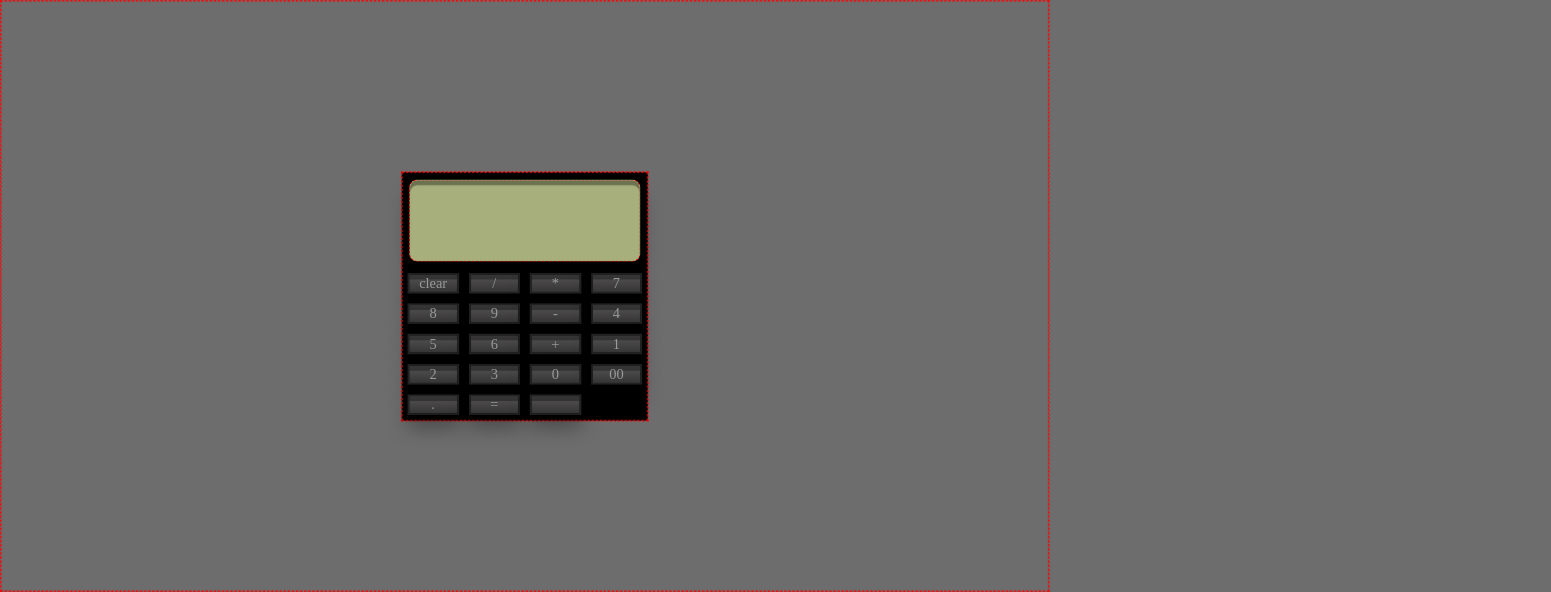
Repository: JunaidAnsari202/calculator
Page: index.html
An editor plug-in stored every save of this project. The page is shown before and after a run of saves, followed by the edit.
The browser window is 1280 px wide. The page is 1280 px wide, then 1891 px, so the pictures cover 1891 px, including what lies to the right of the window. The pictures show the whole page, at 82% of full size.

Above is the page before, as saved 2023-10-28 14:03:51.

After the next 3 saves:
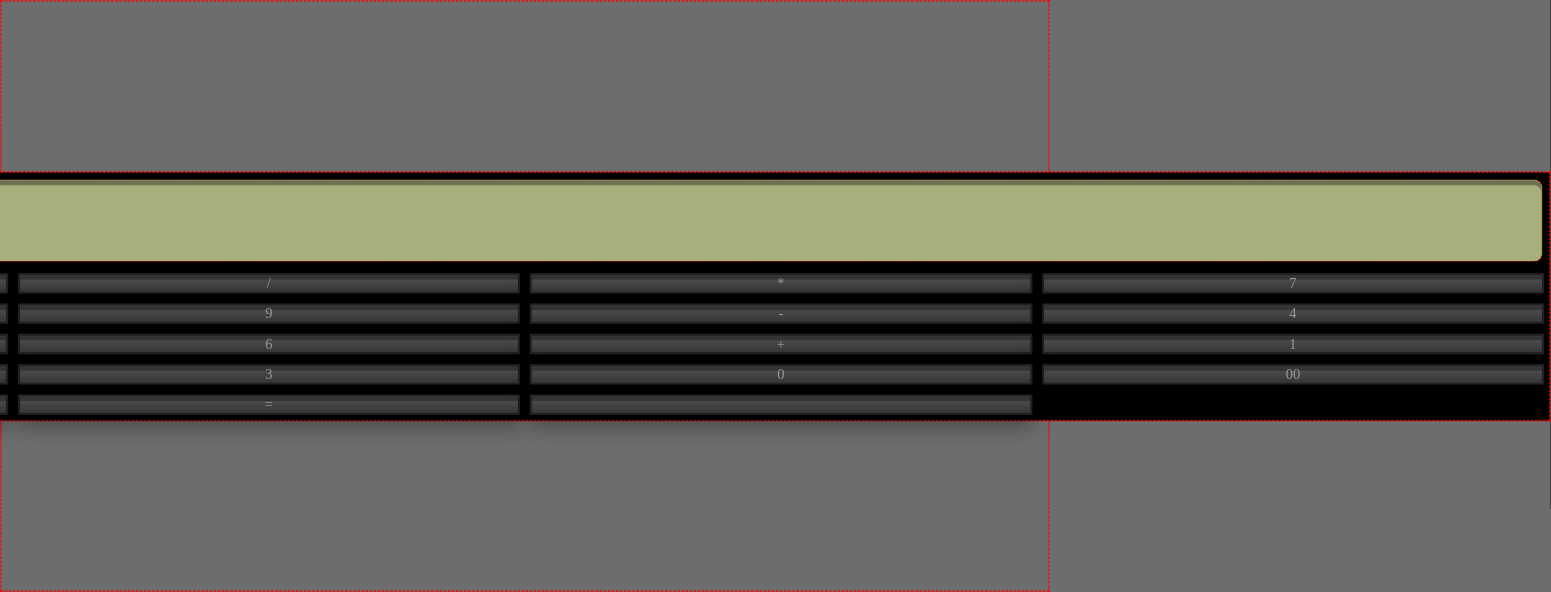
The 3 saves are shown as one change because they came seconds apart.
The last was saved 4 min 20 s later.
--- a/style.css
+++ b/style.css
@@ -21,7 +21,7 @@ body{
     position: relative;
     display: grid;
     background-color: black;
-    width: 300px;
+    width: 2500px;
 }
 
 #value{
